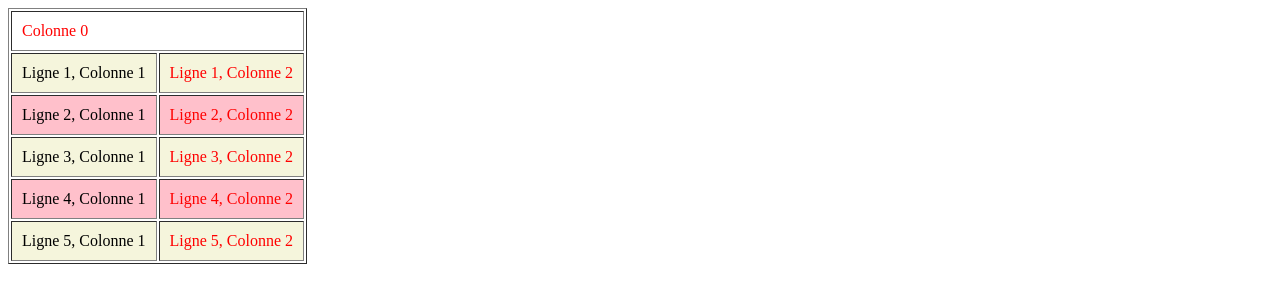
Repository: Chaimaa482/web-tp4
Page: ex1.html
An editor plug-in stored every save of this project. The page is shown before and after the next save, followed by the edit.
The browser window is 1280 px wide. The pictures show the whole page.

Above is the page before, as saved 2023-10-22 16:00:37.

### ex1.html
<!DOCTYPE html>
<html>
<head>
</head>
<style>
    .col1 {
        color: red;
        padding: 10px;
    }
    .col2 {
        padding: 10px;
    }
</style>
<body>
    <table id="myTable" border="1">
        <tr>
            <td colSpan="2" >Colonne 0</td>
        </tr>
        <tr>
            <td>Ligne 1, Colonne 1</td>
            <td>Ligne 1, Colonne 2</td>
        </tr>
        <tr>
            <td>Ligne 2, Colonne 1</td>
            <td>Ligne 2, Colonne 2</td>
        </tr>
        <tr>
            <td>Ligne 3, Colonne 1</td>
            <td>Ligne 3, Colonne 2</td>
        </tr>
        <tr>
            <td>Ligne 4, Colonne 1</td>
            <td>Ligne 4, Colonne 2</td>
        </tr>
        <tr>
            <td>Ligne 5, Colonne 1</td>
            <td>Ligne 5, Colonne 2</td>
        </tr>
    </table>

    <script>
        var table = document.getElementById("myTable");
        var cells = table.getElementsByTagName("td");

        // Donner une couleur de fond rose aux lignes paires et beige aux lignes impaires
        var rows = table.querySelectorAll("tr");
        for (var i = 1; i < rows.length; i++) {
            if (i % 2 === 0) {
                rows[i].style.backgroundColor = "pink";
            } else {
                rows[i].style.backgroundColor = "beige";
            }
        }

        // Donner une classe col1 aux colonnes paires et col2 aux colonnes impaires
        for (var i = 0; i < cells.length; i++) {
            if (i % 2 === 0) {
                cells[i].className = "col1"
            } else {
                cells[i].className = "col2";
            }
        }

        var row = document.get

    </script>
</body>
</html>

After the next save:
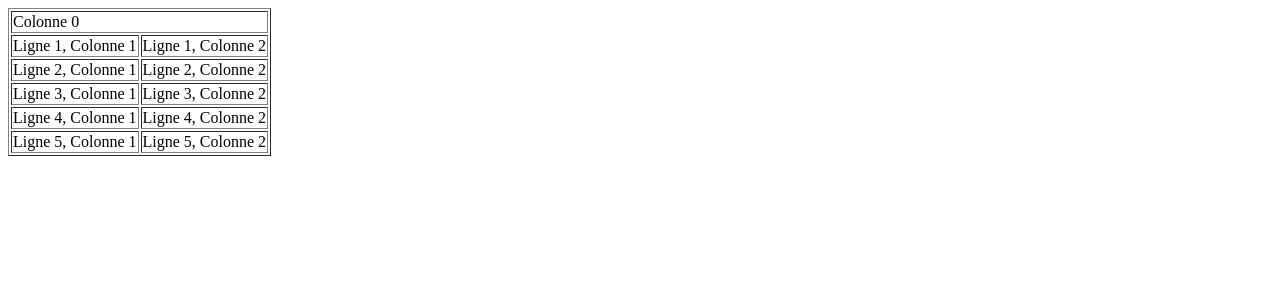
Console error: SyntaxError: Unexpected end of input
Saved 7 s later.
--- a/ex1.html
+++ b/ex1.html
@@ -61,7 +61,7 @@
             }
         }
 
-        var row = document.get
+        var row = document.
 
     </script>
 </body>

After the 6 saves that followed:
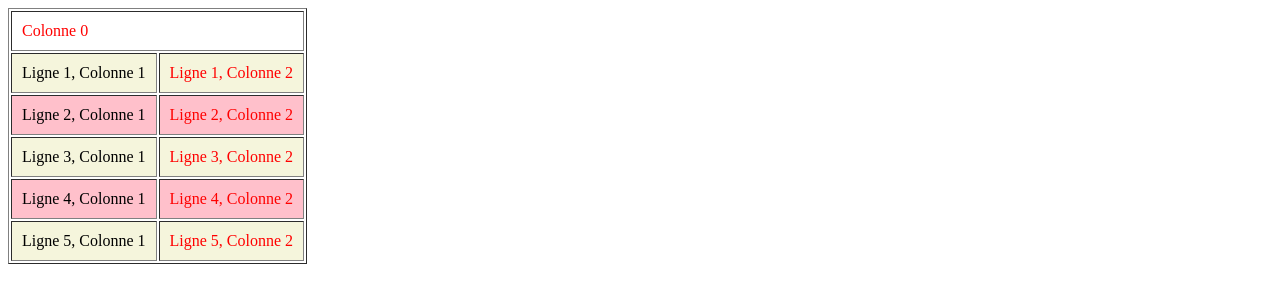
The error is gone.
The 6 saves are shown as one change because they came seconds apart.
The last was saved 16 s later.
--- a/ex1.html
+++ b/ex1.html
@@ -61,7 +61,7 @@
             }
         }
 
-        var row = document.
+        var row = document.querySelector('table tr')
 
     </script>
 </body>
